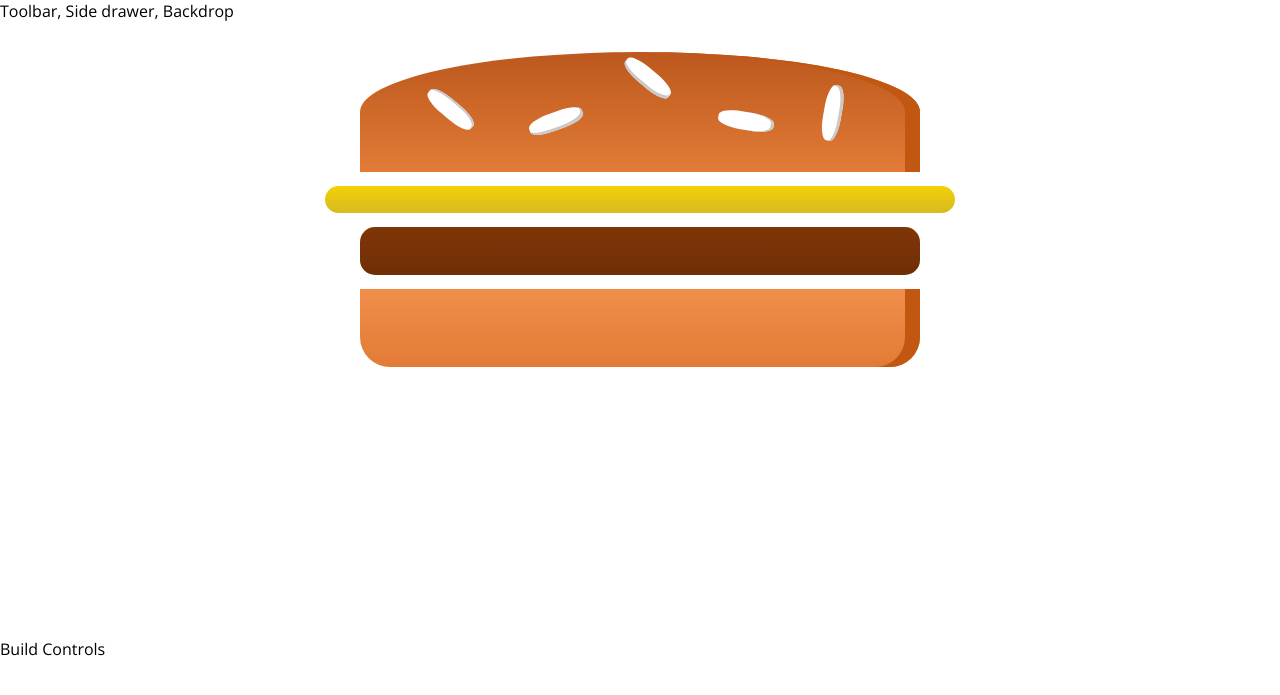
Repository: AidanHak/burger-builder
Page: /
An editor plug-in stored every save of this project. The page is shown before and after the next save, followed by the edit.
The browser window is 1280 px wide. The pictures show the whole page.
The project was rebuilt for these pictures with package versions that can differ from the ones it lists, and the page was loaded fresh each time.

Above is the page before, as saved 2021-03-10 14:31:50.

### public/index.html
<!DOCTYPE html>
<html lang="en">
  <head>
    <meta charset="utf-8" />
    <link rel="icon" href="%PUBLIC_URL%/favicon.ico" />
    <meta name="viewport" content="width=device-width, initial-scale=1" />
    <meta name="theme-color" content="#000000" />
    <meta
      name="description"
      content="Web site created using create-react-app"
    />
    <link rel="apple-touch-icon" href="%PUBLIC_URL%/logo192.png" />
    <!--
      manifest.json provides metadata used when your web app is installed on a
      user's mobile device or desktop. See https://developers.google.com/web/fundamentals/web-app-manifest/
    -->
    <link rel="manifest" href="%PUBLIC_URL%/manifest.json" />
    <!--
      Notice the use of %PUBLIC_URL% in the tags above.
      It will be replaced with the URL of the `public` folder during the build.
      Only files inside the `public` folder can be referenced from the HTML.

      Unlike "/favicon.ico" or "favicon.ico", "%PUBLIC_URL%/favicon.ico" will
      work correctly both with client-side routing and a non-root public URL.
      Learn how to configure a non-root public URL by running `npm run build`.
    -->
	<link rel="preconnect" href="https://fonts.gstatic.com">
	<link href="https://fonts.googleapis.com/css2?family=Open+Sans:wght@400;700&display=swap" rel="stylesheet">
    <title>Burger Builder</title>
  </head>
  <body>
    <noscript>You need to enable JavaScript to run this app.</noscript>
    <div id="root"></div>
    <!--
      This HTML file is a template.
      If you open it directly in the browser, you will see an empty page.

      You can add webfonts, meta tags, or analytics to this file.
      The build step will place the bundled scripts into the <body> tag.

      To begin the development, run `npm start` or `yarn start`.
      To create a production bundle, use `npm run build` or `yarn build`.
    -->
  </body>
</html>

### src/index.css
body {
  margin: 0;
  font-family: "Open Sans", -apple-system, BlinkMacSystemFont, 'Segoe UI', 'Roboto', 'Oxygen',
    'Ubuntu', 'Cantarell', 'Fira Sans', 'Droid Sans', 'Helvetica Neue',
    sans-serif;
  -webkit-font-smoothing: antialiased;
  -moz-osx-font-smoothing: grayscale;
}

code {
  font-family: source-code-pro, Menlo, Monaco, Consolas, 'Courier New',
    monospace;
}

### src/App.js
import React, { Component } from 'react';
import Layout from './components/Layout/Layout';
import BurgerBuilder from './containers/BurgerBuilder/BurgerBuilder';

class App extends Component {
	render() {
		return (
			<div>
				<Layout>
					<BurgerBuilder />
				</Layout>
			</div>
		);
	}
}

export default App;

### src/components/Layout/Layout.js
import React from 'react';
import Auxilliary from '../../hoc/Auxilliary';
import styles from './Layout.module.css';

const layout = (props) => (
	<Auxilliary>
		<div>Toolbar, Side drawer, Backdrop</div>
		<main className={styles.Content}>
			{
				props.children
			}
		</main>
	</Auxilliary>
);

export default layout;

### src/containers/BurgerBuilder/BurgerBuilder.js
import React, { Component } from 'react';
import Auxilliary from '../../hoc/Auxilliary';
import Burger from '../../components/Burger/Burger';

class BurgerBuilder extends Component {
	// constructor(props) {
	// 	super(props);
	// 	this.state = {...}
	// }
	state = {
		ingredients: {
			salad: 1,
			bacon: 1,
			cheese: 2,
			meat: 2
		}
	}

	render() {
		return (
			<Auxilliary>
				<Burger ingredients={this.state.ingredients} />
				<div>Build Controls</div>
			</Auxilliary>
		);
	}
}

export default BurgerBuilder;

### src/hoc/Auxilliary.js
const auxilliary = (props) => props.children;

export default auxilliary;

### src/components/Layout/Layout.module.css
.Content {
	margin-top:16px;
}

### src/components/Burger/Burger.js
import React from 'react';
import styles from './Burger.module.css';
import BurgerIngredient from './BurgerIngredient/BurgerIngredient';

const burger = (props) => {
	return (
		<div className={styles.Burger}>
			<BurgerIngredient type="bread-top" />
			<BurgerIngredient type="cheese" />
			<BurgerIngredient type="meat" />
			<BurgerIngredient type="bread-bottom" />
		</div>
	);
}

export default burger;

### src/components/Burger/Burger.module.css
.Burger {
	width:100%;
	margin:auto;
	height:250px;
	overflow:auto;
	text-align:center;
	font-weight:bold;
	font-size:1.2rem;
}

@media (min-width:500px) and (min-height:400px) {
	.Burger {
		width:350px;
		height:300px;
	}
}

@media (min-width:500px) and (min-height:401px) {
	.Burger {
		width:450px;
		height:400px;
	}
}

@media (min-width:1000px) and (min-height:700px) {
	.Burger {
		width:700px;
		height:600px;
	}
}

### src/components/Burger/BurgerIngredient/BurgerIngredient.js
import React, { Component } from 'react';
import PropTypes from 'prop-types';
import styles from './BurgerIngredient.module.css';

class BurgerIngredient extends Component {
	render() {
		let ingredient = null;

		switch (this.props.type) {
			case ('bread-bottom'):
				ingredient = <div className={styles.BreadBottom}></div>;
				break;
			case ('bread-top'):
				ingredient = (
					<div className={styles.BreadTop}>
						<div className={styles.Seeds1}></div>
						<div className={styles.Seeds2}></div>
					</div>
				);
				break;
			case ('meat'):
				ingredient = <div className={styles.Meat}></div>
				break;
			case ('cheese'):
				ingredient = <div className={styles.Cheese}></div>
				break;
			case ('salad'):
				ingredient = <div className={styles.Salad}></div>
				break;
			case ('bacon'):
				ingredient = <div className={styles.Bacon}></div>
				break;
			default:
				ingredient = null;
		}
		return ingredient;
	}
}

BurgerIngredient.propTypes = {
	type: PropTypes.string.isRequired
};

export default BurgerIngredient;

### src/components/Burger/BurgerIngredient/BurgerIngredient.module.css
.BreadBottom {
    height: 13%;
    width: 80%;
    background: linear-gradient(#F08E4A, #e27b36);
    border-radius: 0 0 30px 30px;
    box-shadow: inset -15px 0 #c15711;
    margin: 2% auto;
}

.BreadTop {
    height: 20%;
    width: 80%;
    background: linear-gradient(#bc581e, #e27b36);
    border-radius: 50% 50% 0 0;
    box-shadow: inset -15px 0 #c15711;
    margin: 2% auto;
    position: relative;
}

.Seeds1 {
    width: 10%;
    height: 15%;
    position: absolute;
    background-color: white;
    left: 30%;
    top: 50%;
    border-radius: 40%;
    transform: rotate(-20deg);
    box-shadow: inset -2px -3px #c9c9c9;
}

.Seeds1:after {
    content: "";
    width: 100%;
    height: 100%;
    position: absolute;
    background-color: white;
    left: -170%;
    top: -260%;
    border-radius: 40%;
    transform: rotate(60deg);
    box-shadow: inset -1px 2px #c9c9c9;
  }

.Seeds1:before {
    content: "";
    width: 100%;
    height: 100%;
    position: absolute;
    background-color: white;
    left: 180%;
    top: -50%;
    border-radius: 40%;
    transform: rotate(60deg);
    box-shadow: inset -1px -3px #c9c9c9;
  }

  .Seeds2 {
    width: 10%;
    height: 15%;
    position: absolute;
    background-color: white;
    left: 64%;
    top: 50%;
    border-radius: 40%;
    transform: rotate(10deg);
    box-shadow: inset -3px 0 #c9c9c9;
  }

  .Seeds2:before {
    content: "";
    width: 100%;
    height: 100%;
    position: absolute;
    background-color: white;
    left: 150%;
    top: -130%;
    border-radius: 40%;
    transform: rotate(90deg);
    box-shadow: inset 1px 3px #c9c9c9;
  }


.Meat {
    width: 80%;
    height: 8%;
    background: linear-gradient(#7f3608, #702e05);
    margin: 2% auto;
    border-radius: 15px;
}

.Cheese {
    width: 90%;
    height: 4.5%;
    margin: 2% auto;
    background: linear-gradient(#f4d004, #d6bb22);
    border-radius: 20px;
}

.Salad {
    width: 85%;
    height: 7%;
    margin: 2% auto;
    background: linear-gradient(#228c1d, #91ce50);
    border-radius: 20px;
}

.Bacon {
    width: 80%;
    height: 3%;
    background: linear-gradient(#bf3813, #c45e38);
    margin: 2% auto;
}

Loaded but not shown: src/index.js (common file); src/reportWebVitals.js (common file)

After the next save:
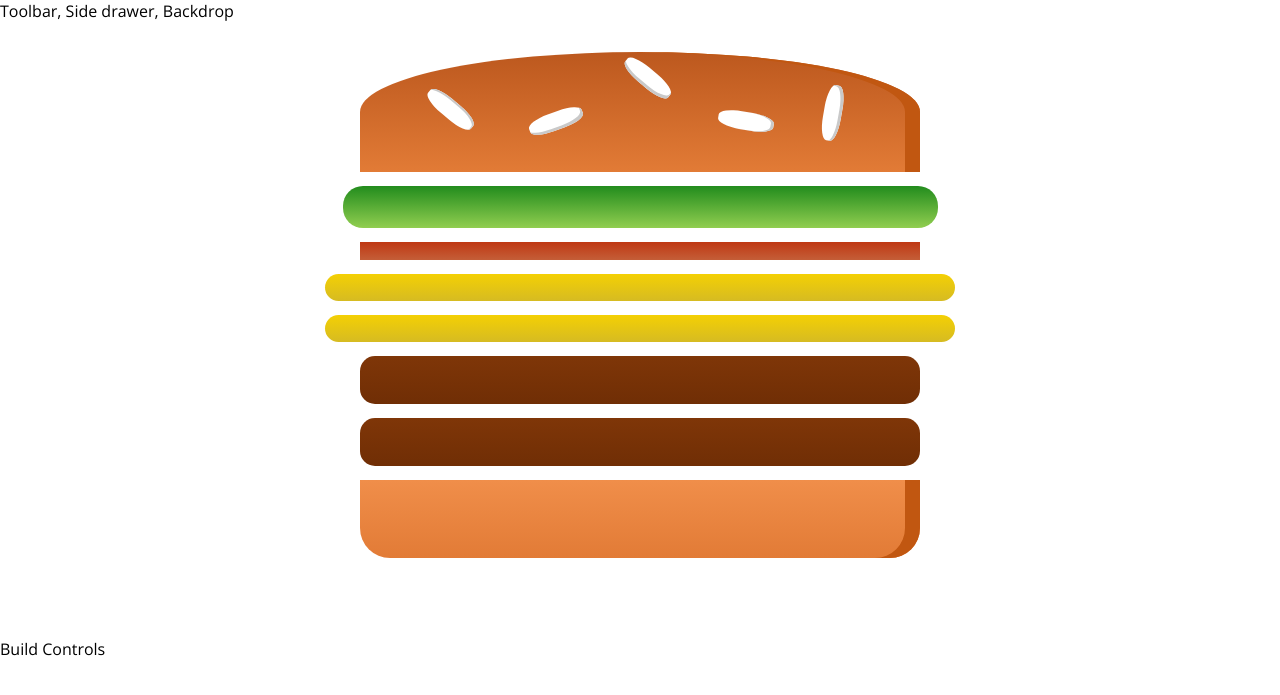
Saved 6 min 59 s later.
--- a/src/components/Burger/Burger.js
+++ b/src/components/Burger/Burger.js
@@ -3,11 +3,15 @@ import styles from './Burger.module.css';
 import BurgerIngredient from './BurgerIngredient/BurgerIngredient';
 
 const burger = (props) => {
+	const transformedIngredients = Object.keys(props.ingredients).map(igKey => {
+		return [...Array(props.ingredients[igKey])].map((_, i) => {
+			return <BurgerIngredient key={igKey + i} type={igKey} />;
+		});
+	});
 	return (
 		<div className={styles.Burger}>
 			<BurgerIngredient type="bread-top" />
-			<BurgerIngredient type="cheese" />
-			<BurgerIngredient type="meat" />
+			{transformedIngredients}
 			<BurgerIngredient type="bread-bottom" />
 		</div>
 	);
